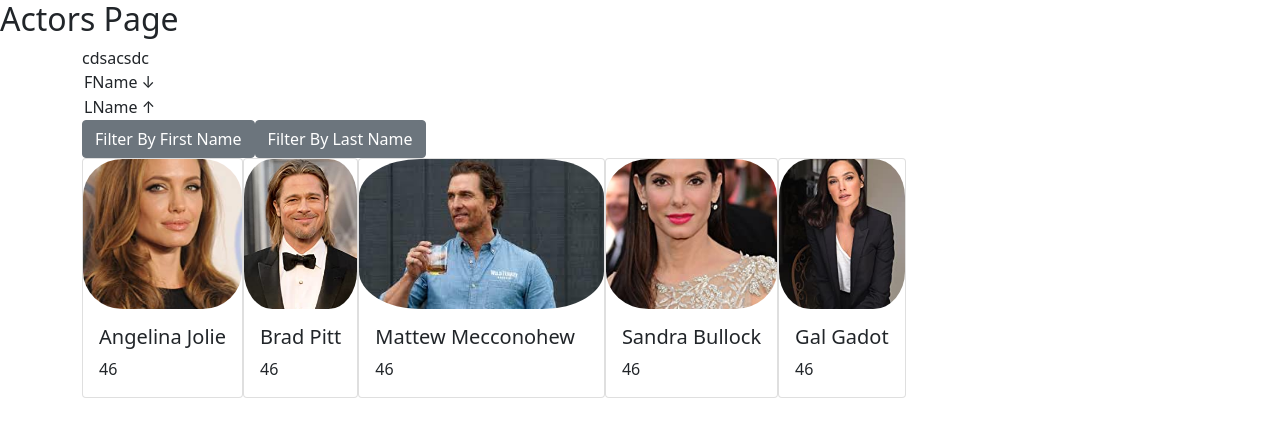
Repository: shuroo/FECourse-react-movieapp
Page: /
The author's editor kept a copy of each file at every save. The page is drawn from the files as they stood at one save, then again after a run of saves.
The browser window is 1280 px wide. The pictures show the whole page.
The project was rebuilt for these pictures with package versions that can differ from the ones it lists, and the page was loaded fresh each time. Also part of the build but not shown: src/App.css.

Above is the page before, as saved 2021-07-25 19:19:40.

### src/App.js
import logo from './logo.svg';
import './App.css';
import React, { useState } from 'react';
import 'bootstrap/dist/css/bootstrap.min.css';
import ActorsPage from './pages/ActorsPage';

function App() {
    return <ActorsPage / >
};

export default App;

### src/pages/ActorsPage.jsx
import React, { useState } from 'react';
import ActorModel from '../model/ActorModel';
import ImgGallery from "../components/ImgGallery";
import {Button,Row,Container,InputGroup} from 'react-bootstrap';
import InputGroupText  from 'react-bootstrap/InputGroup';
import SortComponent from '../components/SortComponent';

function ActorsPage() {

    const allActors = [ new ActorModel("Angelina", "Jolie", new Date("04/06/1975"), "./angeline.jpg", "https://www.imdb.com/name/nm0001401/"),
    new ActorModel("Brad", "Pitt", new Date("04/06/1975"), "./brad_pitt.jpg", "https://www.imdb.com/name/nm0000093/"),
    new ActorModel("Mattew", "Mecconohew", new Date("04/06/1975"), "./mattehew_mecc.jpeg","https://www.imdb.com/name/nm0000190/"),
    new ActorModel("Sandra", "Bullock", new Date("04/06/1975"), "./sandra_bullock.jpg", "https://www.imdb.com/name/nm0000113/"),
    new ActorModel("Gal", "Gadot", new Date("04/06/1975"), "./gal_gadot.jpg", "https://www.imdb.com/name/nm0000113/")];

    const [actors, setActors] = useState(
        allActors
        )


    // firstName, lastName, birthday, image, imdbLink

    const [filterText, setFilterText] = useState("")
    const [sortCriteria, setSortCriteria] = useState("")

    function filterTextByEvent(e){
        let text = e.target.value;
        setFilterText(text);
        if(text === ""){
            setActors(allActors);
        }
    }
    function filterByFirstName(){
        let actorsFiltered = [...actors].filter(a=>a.firstName.startsWith(filterText));
        setActors(actorsFiltered);
    }

    function filterByLastName(){
         setActors(actors.filter(a=>a.lastName.startsWith(filterText)));
    }



    return (
        <div >
            <h2>Actors Page</h2>
            <Container>

            <SortComponent setSortCriteria={setSortCriteria} sortCriteria={sortCriteria} actors={actors} setActors={setActors} />
            <InputGroupText value={filterText} onChange={(e)=>filterTextByEvent(e)}   placeholder="Filter Actors!"></InputGroupText>
            <Button variant="secondary" onClick={filterByFirstName}>Filter By First Name</Button>

            <Button variant="secondary" onClick={filterByLastName}>Filter By Last Name</Button>
            { <Row> <ImgGallery actors={actors}/> </Row> }
            </Container>

        </div>
    );
}

export default ActorsPage;

### src/model/ActorModel.jsx
class ActorModel{

    constructor(firstName, lastName, birthday, image, imdbLink){

        this.firstName = firstName;
        this.lastName = lastName;
        this.birthday = birthday;
        this.image = image;
        this.imdbLink = imdbLink;
        this.age = this.age.bind(this);
    }

    age(){
        var thisyear = new Date().getFullYear();
        var birthyear = this.birthday.getFullYear();
        return (thisyear - birthyear);
    }
}

export default ActorModel;

### src/components/ImgGallery.jsx
import React from "react";
import './CardComponent.css';
import CardComponent from "../components/CardComponent";

function ImgGallery({actors}){

    let actorsHtml = actors.map(act=><CardComponent key={act.firstName+"1"} actor={act}/>)


return(
<div className="gallery">{actorsHtml}</div>

)

}

export default ImgGallery;

### src/components/SortComponent.jsx
import React from "react";
import FormSelect from 'react-bootstrap/Form'

function SortComponent({sortCriteria, actors, setActors,setSortCriteria}){

    function sortBy(){

        if(sortCriteria === "firstName"){
            actors.sort((a,b)=>
            {
                if(a.firstName < b.firstName) { return -1; }
                if(a.firstName > b.firstName) { return 1; }
                return 0;
            })
        }else{
            actors.sort (
                (a,b)=>
            {
                if(a.lastName < b.lastName) { return -1; }
                if(a.lastName > b.lastName) { return 1; }
                return 0;
            })
        }

        console.log(actors);
        setActors(actors);
    }

    return(

<FormSelect name="sortBy" value={sortCriteria} onChange={sortBy}  >
 cdsacsdc
  <option onSelect={setSortCriteria} value="firstName">FName &#8595;</option>
  <option onSelect={setSortCriteria} value="lastName">LName &#8593;</option>
</FormSelect>

)}

export default SortComponent;

### src/components/CardComponent.css
.actorImg {
    border-radius: 25%;
    object-fit: cover;
    height: 150px;
}

.col {
    display: flex;
    justify-content: space-around;
    align-items: flex-start;
    flex-basis: 15%;
}

.gallery {
    display: flex;
    align-items: center;
}

### src/components/CardComponent.jsx
import React from "react";
import './CardComponent.css';
import Card from 'react-bootstrap/Card'

function CardComponent({actor}) {

	return (

<Card>
<Card.Img variant="top actorImg" src={actor.image} alt={actor.firstName+" "+actor.lastName} />
<Card.Body>
  <Card.Title>{actor.firstName} {actor.lastName}</Card.Title>
  <Card.Text>
  {actor.age()}
    </Card.Text>

</Card.Body>
</Card>
	)
}

export default CardComponent;

Loaded but not shown: public/index.html (common file); src/index.js (common file); src/index.css (common file); src/reportWebVitals.js (common file)

After the next 4 saves:
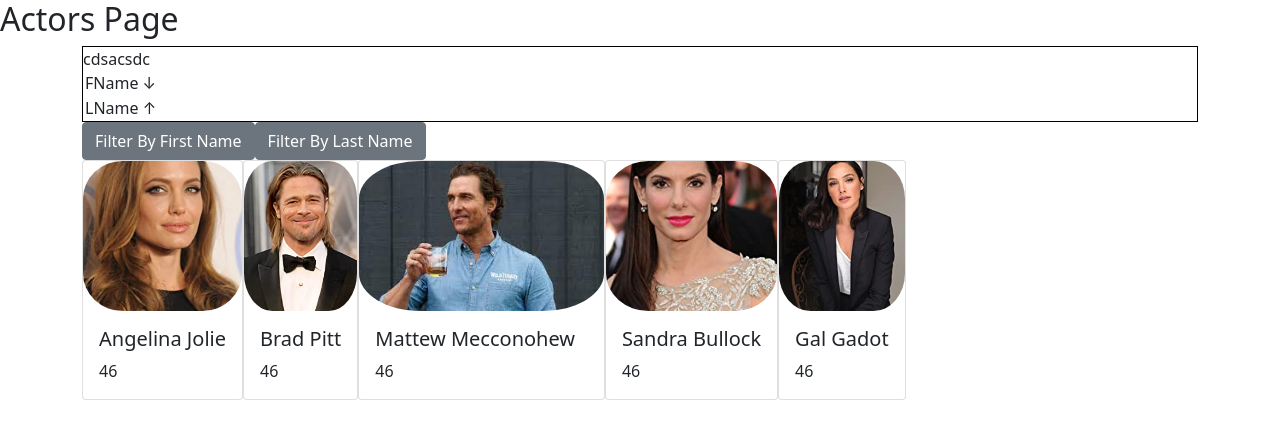
The 4 saves are shown as one change because 3 did not build or start.
The last was saved 4 min 58 s later.
--- a/src/components/SortComponent.jsx
+++ b/src/components/SortComponent.jsx
@@ -28,7 +28,7 @@ function SortComponent({sortCriteria, actors, setActors,setSortCriteria}){
 
     return(
 
-<FormSelect name="sortBy" value={sortCriteria} onChange={sortBy}  >
+<FormSelect style={{border:"1px solid black"}} name="sortBy" value={sortCriteria} onChange={sortBy}  >
  cdsacsdc
   <option onSelect={setSortCriteria} value="firstName">FName &#8595;</option>
   <option onSelect={setSortCriteria} value="lastName">LName &#8593;</option>
